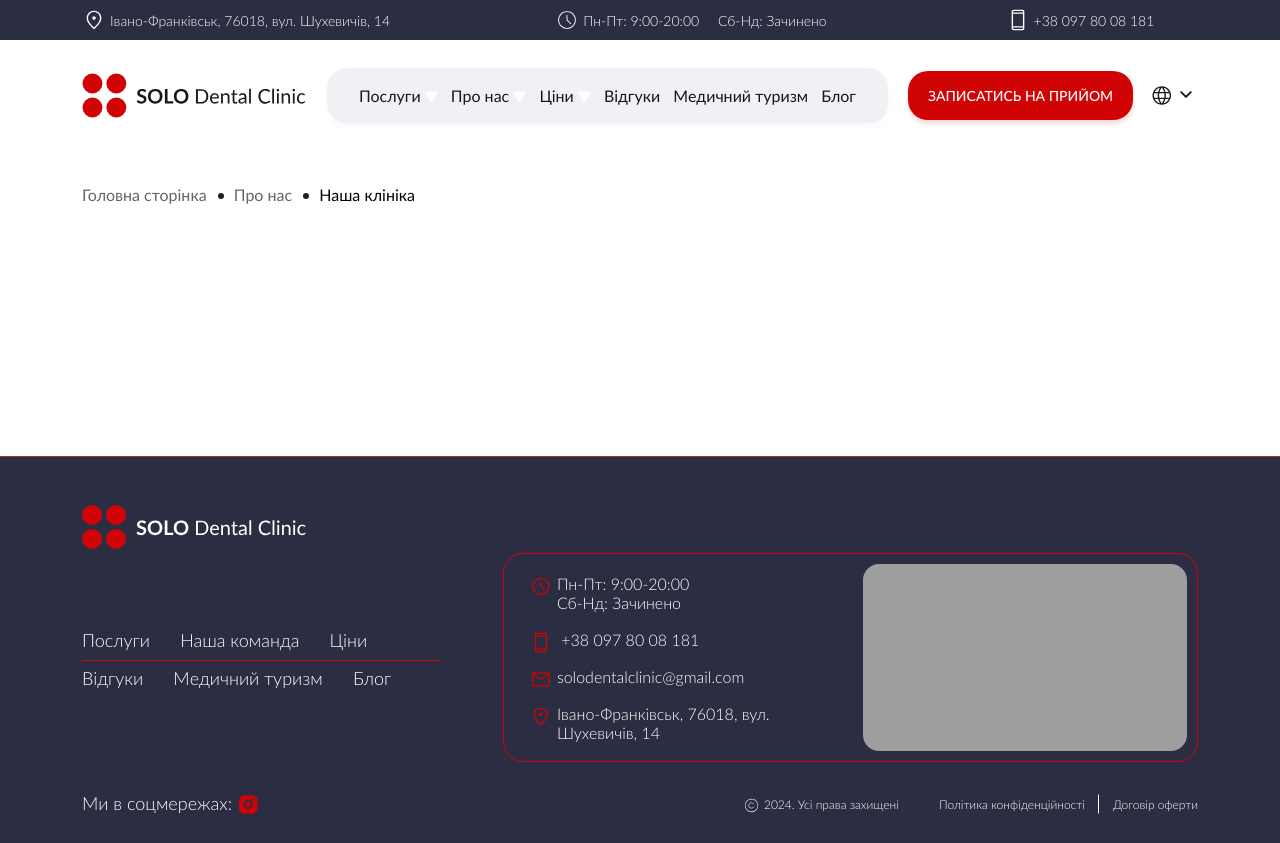
Repository: TarasDutchak/dental-clinic
Page: about.html
These files come from the project's save history. The page is drawn as it stood at one moment and after the next save; the edit follows.
The browser window is 1280 px wide. The pictures show the whole page.
Pictures or frames that could not be fetched are drawn as grey boxes.

Above is the page before, as saved 2024-12-30 08:49:07.

### about.html
<!DOCTYPE html>
<html lang="en">

<head>
    <meta charset="UTF-8">
    <meta http-equiv="X-UA-Compatible" content="IE=edge">
    <meta name="viewport" content="width=device-width, initial-scale=1.0">
    <title>Про Клініку</title>
    <link rel="icon" type="image/x-icon" href="favicon.png">
    <link rel="stylesheet" href="css/lib/swiper-bundle.min.css">
    <link rel="stylesheet" href="css/lib/bootstrap-grid.min.css">
    <link rel="stylesheet" href="css/lib/plyr.css">
    <link rel="stylesheet" href="css/lib/select2.css">
    <link rel="stylesheet" href="css/style.css">
</head>

<body>

    <header class="header">
        <div class="header__top">
            <div class="container">
                <div class="row align-items-center">
                    <div class="col-lg-5 col-md-4">
                        <p>
                            <img src="img/header/loc.svg" alt="location">
                            Івано-Франківськ, 76018, вул. Шухевичів, 14
                        </p>
                    </div>
                    <div class="col-lg-4 col-md-4">
                        <p>
                            <img src="img/header/time.svg" alt="workingday">
                            <span>Пн-Пт: 9:00-20:00</span>
                            <span>Сб-Нд: Зачинено</span>
                        </p>
                    </div>
                    <div class="col-lg-3 col-md-4 text-center">
                        <p>
                            <a href="tel:+380978008181">
                                <img src="img/header/tel.svg" alt="tel">
                                +38 097 80 08 181
                            </a>
                        </p>
                    </div>
                </div>
            </div>
        </div>
        <div class="header__content">
            <div class="container_header container">
                <div class="header__logo">
                    <a href="index.html"><img src="img/header/logo.svg" alt="logo"></a>
                </div>
                <div class="header__nav">
                    <nav>
                        <ul>
                            <li class="submenu">
                                <a href="#">
                                    Послуги
                                </a>
                                <ul class="large">
                                    <li><a href="#">Всі послуги</a></li>
                                    <li><a href="#">Відбілювання</a></li>
                                    <li><a href="#">Вініри</a></li>
                                    <li><a href="#">Коронки</a></li>
                                    <li><a href="#">Імплантація</a></li>
                                    <li><a href="#">Гнатологія</a></li>
                                    <li><a href="#">Гігієна ротової порожнини</a></li>
                                    <li><a href="#" class="active">Лікування карієсу</a></li>
                                    <li><a href="#" class="disable">Лікування каналів</a></li>
                                    <li><a href="#">Лікування ясен</a></li>
                                    <li><a href="#">Зубні імпланти</a></li>
                                    <li><a href="#">Хірургічна стоматологія</a></li>
                                    <li><a href="#">Видалення зубів мудрості</a></li>
                                    <li><a href="#">Стоматологія сну</a></li>
                                    <li><a href="#">Виправлення прикусу</a></li>
                                    <li><a href="#">Дитяча стоматологія</a></li>
                                    <li><a href="#">Діагностика ротової порожнини</a></li>
                                </ul>
                            </li>
                            <li class="submenu">
                                <a href="#">
                                    Про нас
                                </a>
                                <ul>
                                    <li><a href="#">Наша клініка</a></li>
                                    <li><a href="#">Лікарі</a></li>
                                    <li><a href="#">Історії лікування</a></li>
                                </ul>
                            </li>
                            <li class="submenu">
                                <a href="#">
                                    Ціни
                                </a>
                                <ul>
                                    <li><a href="#">Прайс</a></li>
                                    <li><a href="#">Оплата частинами</a></li>
                                </ul>
                            </li>
                            <li>
                                <a href="#">
                                    Відгуки
                                </a>
                            </li>
                            <li>
                                <a href="#">
                                    Медичний туризм
                                </a>
                            </li>
                            <li>
                                <a href="#">
                                    Блог
                                </a>
                            </li>
                        </ul>
                        <a href="#" class="redbtn mobshow" data-modal-target="appointmentmodal">
                            записатись на прийом
                        </a>
                    </nav>
                    <button class="closemenu">
                        <img src="img/header/close.png" alt="close menu">
                    </button>
                </div>
                <div class="header__rightsect">
                    <a href="#" class="redbtn" data-modal-target="appointmentmodal">
                        записатись на прийом
                    </a>
                    <div class="languagebox">
                        <span>
                            <img src="img/header/earth.svg" alt="language">
                        </span>
                        <ul>
                            <li>
                                <a href="#">
                                    <img src="img/header/us-flag.svg" alt="english">
                                    En
                                </a>
                            </li>
                            <li class="active">
                                <a href="#">
                                    <img src="img/header/ua-flag.svg" alt="ukrainian">
                                    Uk
                                </a>
                            </li>
                        </ul>
                    </div>
                    <button class="headermenubtn">
                        <img src="img/header/menu.png" alt="menu">
                    </button>
                </div>
            </div>
        </div>
        <div class="menubg"></div>
    </header>

    <main class="main">
        <div class="container">
            <div class="breadcrumbs">
                <ul>
                    <li><a href="#">Головна сторінка</a></li>
                    <li><a href="#">Про нас</a></li>
                    <li>Наша клініка</li>
                </ul>
            </div>
        </div>

        <div class="aboutsect">
            <div class="container">
                <h1></h1>
            </div>
        </div>



    </main>

    <footer class="footer">
        <div class="container">
            <div class="row align-items-center">
                <div class="col-12">
                    <a href="index.html" class="footer__logo">
                        <img src="img/footer/logo-footer.svg" alt="logo">
                    </a>
                </div>
                <div class="col-xl-4">
                    <ul class="footer__nav">
                        <li><a href="#">Послуги</a></li>
                        <li><a href="#">Наша команда</a></li>
                        <li><a href="#">Ціни</a></li>
                        <li><a href="#">Відгуки</a></li>
                        <li><a href="#">Mедичний туризм</a></li>
                        <li><a href="#">Блог</a></li>
                    </ul>
                </div>
                <div class="col-xl-8 text-end">
                    <div class="footer__info">
                        <div class="footinfwrap">
                            <ul>
                                <li>
                                    <img src="img/footer/foot-clock.svg" alt="icon">
                                    <p>
                                        Пн-Пт: 9:00-20:00 <br>
                                        Сб-Нд: Зачинено
                                    </p>
                                </li>
                                <li>
                                    <img src="img/footer/foot-tel.svg" alt="icon">
                                    <a href="tel: +380978008181"> +38 097 80 08 181</a>
                                </li>
                                <li>
                                    <img src="img/footer/foot-email.svg" alt="icon">
                                    <a href="mailto:solodentalclinic@gmail.com">solodentalclinic@gmail.com</a>
                                </li>
                                <li>
                                    <img src="img/footer/foot-loc.svg" alt="icon">
                                    <p>
                                        Івано-Франківськ, 76018, вул. Шухевичів, 14
                                    </p>
                                </li>
                            </ul>
                        </div>
                        <div class="mapwrap">
                            <iframe
                                src="https://www.google.com/maps/embed?pb=!1m18!1m12!1m3!1d2621.917959431259!2d24.720775176848996!3d48.91695529658282!2m3!1f0!2f0!3f0!3m2!1i1024!2i768!4f13.1!3m3!1m2!1s0x4730c166259a99f7%3A0xe9b1d0f143ae48f0!2z0LLRg9C70LjRhtGPINCo0YPRhdC10LLQuNGH0ZbQsiwgMTQsINCG0LLQsNC90L4t0KTRgNCw0L3QutGW0LLRgdGM0LosINCG0LLQsNC90L4t0KTRgNCw0L3QutGW0LLRgdGM0LrQsCDQvtCx0LvQsNGB0YLRjCwgNzYwMDA!5e0!3m2!1suk!2sua!4v1735398550766!5m2!1suk!2sua"
                                style="border:0;" allowfullscreen="" loading="lazy"
                                referrerpolicy="no-referrer-when-downgrade"></iframe>
                        </div>
                    </div>
                </div>
            </div>
            <div class="footer__bottomsect">
                <div class="row align-items-center">
                    <div class="col-xl-6 col-lg-5">
                        <p class="weinsoc">
                            Ми в соцмережах:
                            <a href="#">
                                <svg width="28" height="29" viewBox="0 0 28 29" fill="none"
                                    xmlns="http://www.w3.org/2000/svg">
                                    <path
                                        d="M14.8667 2.83301C16.1792 2.83651 16.8453 2.84351 17.4205 2.85984L17.6468 2.86801C17.9082 2.87734 18.166 2.88901 18.4775 2.90301C19.7188 2.96134 20.5658 3.15734 21.309 3.44551C22.079 3.74184 22.7277 4.14317 23.3763 4.79067C23.9698 5.3737 24.4289 6.07923 24.7215 6.85801C25.0097 7.60117 25.2057 8.44817 25.264 9.69067C25.278 10.001 25.2897 10.2588 25.299 10.5213L25.306 10.7477C25.3235 11.3217 25.3305 11.9878 25.3328 13.3003L25.334 14.1707V15.699C25.3368 16.55 25.3279 17.4009 25.3072 18.2517L25.3002 18.478C25.2908 18.7405 25.2792 18.9983 25.2652 19.3087C25.2068 20.5512 25.0085 21.397 24.7215 22.1413C24.4289 22.9201 23.9698 23.6257 23.3763 24.2087C22.7933 24.8022 22.0878 25.2612 21.309 25.5538C20.5658 25.842 19.7188 26.038 18.4775 26.0963L17.6468 26.1313L17.4205 26.1383C16.8453 26.1547 16.1792 26.1628 14.8667 26.1652L13.9963 26.1663H12.4692C11.6178 26.1693 10.7664 26.1604 9.91533 26.1395L9.689 26.1325C9.41204 26.122 9.13515 26.11 8.85833 26.0963C7.617 26.038 6.77 25.842 6.02566 25.5538C5.2473 25.2611 4.54218 24.802 3.9595 24.2087C3.3656 23.6258 2.90612 22.9202 2.61316 22.1413C2.325 21.3982 2.129 20.5512 2.07066 19.3087L2.03566 18.478L2.02983 18.2517C2.00832 17.401 1.9986 16.55 2.00066 15.699V13.3003C1.99743 12.4494 2.00599 11.5984 2.02633 10.7477L2.0345 10.5213C2.04383 10.2588 2.0555 10.001 2.0695 9.69067C2.12783 8.44817 2.32383 7.60234 2.612 6.85801C2.90564 6.07891 3.36592 5.37335 3.96066 4.79067C4.54301 4.19748 5.24772 3.73843 6.02566 3.44551C6.77 3.15734 7.61583 2.96134 8.85833 2.90301C9.16866 2.88901 9.42766 2.87734 9.689 2.86801L9.91533 2.86101C10.7661 2.84028 11.617 2.83133 12.468 2.83417L14.8667 2.83301ZM13.6673 8.66634C12.1202 8.66634 10.6365 9.28092 9.54254 10.3749C8.44858 11.4688 7.834 12.9526 7.834 14.4997C7.834 16.0468 8.44858 17.5305 9.54254 18.6245C10.6365 19.7184 12.1202 20.333 13.6673 20.333C15.2144 20.333 16.6982 19.7184 17.7921 18.6245C18.8861 17.5305 19.5007 16.0468 19.5007 14.4997C19.5007 12.9526 18.8861 11.4688 17.7921 10.3749C16.6982 9.28092 15.2144 8.66634 13.6673 8.66634ZM13.6673 10.9997C14.127 10.9996 14.5821 11.0901 15.0068 11.2659C15.4314 11.4417 15.8173 11.6994 16.1424 12.0244C16.4674 12.3493 16.7253 12.7351 16.9013 13.1597C17.0772 13.5844 17.1678 14.0395 17.1679 14.4991C17.168 14.9587 17.0775 15.4139 16.9017 15.8385C16.7259 16.2632 16.4682 16.6491 16.1432 16.9741C15.8182 17.2992 15.4325 17.5571 15.0078 17.733C14.5832 17.909 14.1281 17.9996 13.6685 17.9997C12.7402 17.9997 11.85 17.6309 11.1936 16.9745C10.5372 16.3182 10.1685 15.4279 10.1685 14.4997C10.1685 13.5714 10.5372 12.6812 11.1936 12.0248C11.85 11.3684 12.7402 10.9997 13.6685 10.9997M19.7935 6.91634C19.4067 6.91634 19.0358 7.06999 18.7623 7.34348C18.4888 7.61697 18.3352 7.9879 18.3352 8.37467C18.3352 8.76145 18.4888 9.13238 18.7623 9.40587C19.0358 9.67936 19.4067 9.83301 19.7935 9.83301C20.1803 9.83301 20.5512 9.67936 20.8247 9.40587C21.0982 9.13238 21.2518 8.76145 21.2518 8.37467C21.2518 7.9879 21.0982 7.61697 20.8247 7.34348C20.5512 7.06999 20.1803 6.91634 19.7935 6.91634Z"
                                        fill="#D00404" />
                                </svg>
                            </a>
                        </p>
                    </div>
                    <div class="col-xl-6 col-lg-7">
                        <ul>
                            <li>
                                <p>
                                    <img src="img/footer/copyright.svg" alt="icon">
                                    2024. Усі права захищені
                                </p>
                            </li>
                            <li>
                                <a href="#">Політика конфіденційності</a>
                            </li>
                            <li>
                                <a href="#">Договір оферти</a>
                            </li>
                        </ul>
                    </div>
                </div>
            </div>
        </div>
    </footer>





    <!-- consultationmodal -->
    <div id="consultationmodal" class="modal bgmodal">
        <div class="modal-dialog">
            <div class="modal-content">
                <span class="close closemod">
                    <img src="img/general/close-modal.svg" alt="close">
                </span>
                <p class="title">Заповніть форму нижче і ми зв’яжемось з Вами у робочі години</p>
                <form action="#">
                    <div class="row align-items-center">
                        <div class="col-lg-7">
                            <div class="inputfield">
                                <label for="name">Ваше ім’я*</label>
                                <input id="name" type="text" placeholder="Введіть своє ім’я">
                            </div>
                        </div>
                        <div class="col-lg-5 selwr">
                            <div class="inputfield rpad">
                                <select class="customselect" name="formcons" data-placeholder="форма консультації:">
                                    <option></option>
                                    <option value="0">Онлайн консультація</option>
                                    <option value="1">Консультація в клініці</option>
                                </select>
                            </div>
                        </div>
                        <div class="col-lg-7">
                            <div class="inputfield">
                                <label for="tel">Номер телефону*</label>
                                <input id="tel" type="number" placeholder="Введіть номер телефону">
                            </div>
                        </div>
                        <div class="col-lg-7">
                            <div class="inputfield">
                                <label for="comment">Ваш коментар</label>
                                <textarea id="comment" placeholder=""></textarea>
                            </div>
                        </div>
                        <div class="col-lg-7">
                            <div class="inputfield check">
                                <input type="checkbox" id="check">
                                <label for="check">
                                    Я погоджуюсь з обробкою персональних даних <br>
                                    політика конфіденційності
                                </label>
                            </div>
                        </div>
                        <div class="col-lg-5 text-end">
                            <!-- <button type="submit" class="bluebtn">
                            НАДІСЛАТИ
                        </button> -->
                            <a href="#" class="bluebtn close" data-modal-target="thankmodal">НАДІСЛАТИ</a>
                        </div>
                    </div>
                </form>
            </div>
        </div>
    </div>

    <div id="thankmodal" class="modal smmodal text-center">
        <div class="modal-content">
            <span class="close closemod">
                <img src="img/general/close-modal.svg" alt="close">
            </span>
            <p>
                Вашу форму надіслано!
            </p>
            <p>
                Дякуємо, ми Вам залетелефонуємо
                <img src="img/general/modicon.svg" alt="img">
            </p>
            <button class="bluebtn close">
                Закрити
            </button>
        </div>
    </div>

    <div id="appointmentmodal" class="modal mdmodal">
        <div class="modal-dialog">
            <div class="modal-content">
                <span class="close closemod">
                    <img src="img/general/close-modal.svg" alt="close">
                </span>
                <p class="title">Заповніть форму нижче<br> і ми зв’яжемось з Вами у робочі години</p>
                <form action="#">
                    <div class="row align-items-center">
                        <div class="col-lg-12">
                            <div class="inputfield">
                                <label for="name">Ваше ім’я*</label>
                                <input id="name" type="text" placeholder="Введіть своє ім’я">
                            </div>
                        </div>
                        <div class="col-lg-12">
                            <div class="inputfield">
                                <label for="tel">Номер телефону*</label>
                                <input id="tel" type="number" placeholder="Введіть номер телефону">
                            </div>
                        </div>
                        <div class="col-lg-12">
                            <div class="inputfield">
                                <label for="comment">Ваш коментар</label>
                                <textarea id="comment" placeholder=""></textarea>
                            </div>
                        </div>
                        <div class="col-lg-12">
                            <div class="inputfield check">
                                <input type="checkbox" id="check">
                                <label for="check">
                                    Я погоджуюсь з обробкою персональних даних <br>
                                    політика конфіденційності
                                </label>
                            </div>
                        </div>
                        <div class="col-lg-12 text-center">
                            <!-- <button type="submit" class="bluebtn">
                            НАДІСЛАТИ
                        </button> -->
                            <a href="#" class="bluebtn close" data-modal-target="thankmodal">НАДІСЛАТИ</a>
                        </div>
                    </div>
                </form>
            </div>
        </div>
    </div>

    <script src="js/lib/jquery.js"></script>
    <script src="js/lib/swiper-bundle.min.js"></script>
    <script src="js/lib/plyr.js"></script>
    <script src="js/lib/select2.js"></script>
    <script src="js/main.js"></script>

</body>



</html>

Loaded but not shown: css/lib/swiper-bundle.min.css (library); css/lib/bootstrap-grid.min.css (library); css/lib/plyr.css (library); css/lib/select2.css (library); css/style.css (library); js/lib/jquery.js (library); js/lib/swiper-bundle.min.js (library); js/lib/plyr.js (library); js/lib/select2.js (library); js/main.js (244 lines, source omitted)

After the next save:
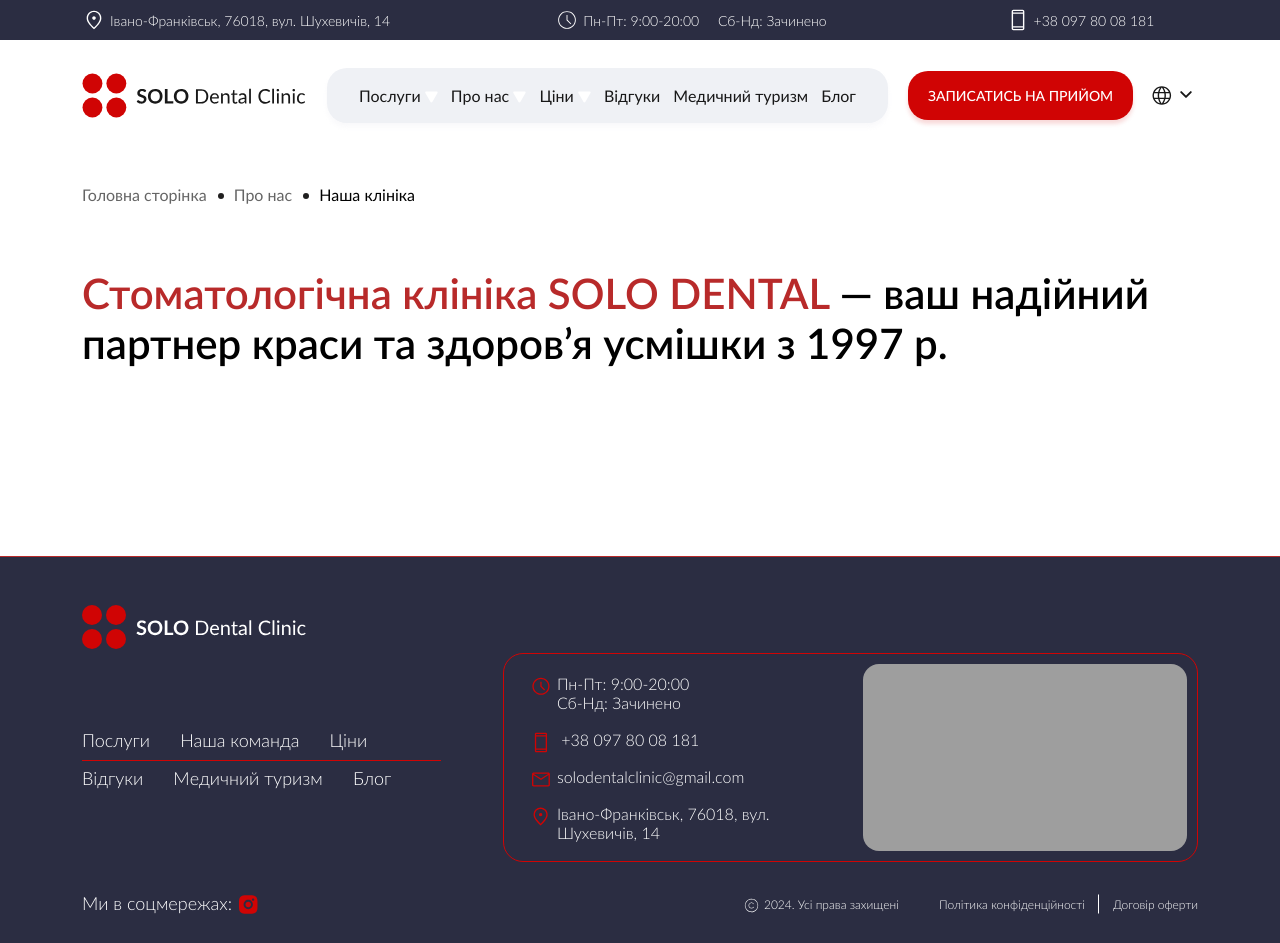
Saved 12 s later.
--- a/about.html
+++ b/about.html
@@ -164,7 +164,9 @@
 
         <div class="aboutsect">
             <div class="container">
-                <h1></h1>
+                <h1>
+                    <span>Стоматологічна клініка SOLO DENTAL</span> — ваш надійний партнер краси та здоров’я усмішки з 1997 р.
+                </h1>
             </div>
         </div>
 
